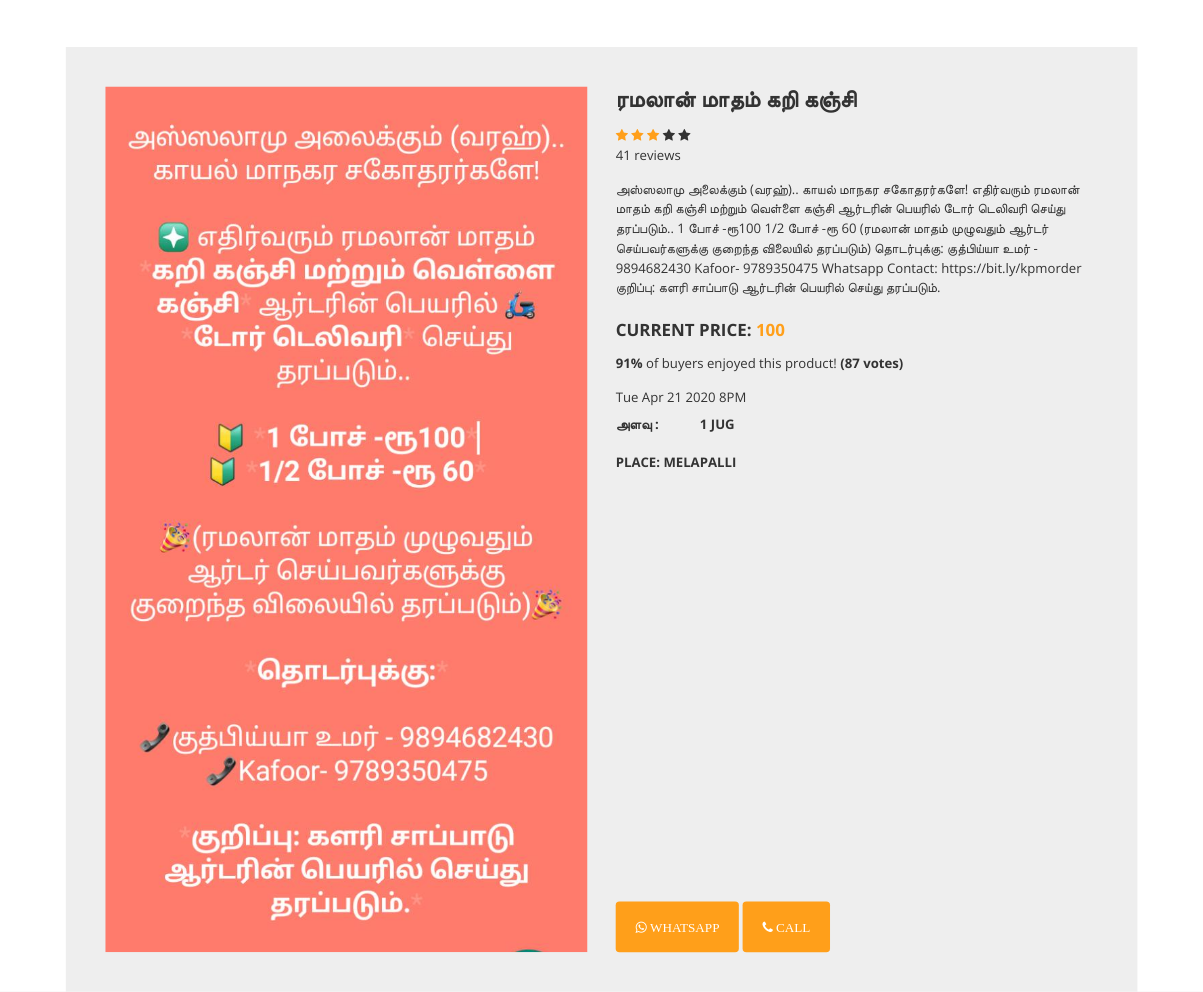
Repository: rsusolutions/RSU-Website
Page: App/files/1.html
The author's editor kept a copy of each file at every save. The page is drawn from the files as they stood at one save, then again after the next save.
The browser window is 1280 px wide. The pictures show the whole page, at 94% of full size.
Some web libraries are served in a nearby version.

Above is the page before, as saved 2020-04-21 23:17:46.
Console error (its wording comes from the project's code and is left out).

### App/files/1.html

<!------ Include the above in your HEAD tag ---------->

<!DOCTYPE html>
<html lang="en">
  <head>

    <meta name="viewport" content="width=device-width, initial-scale=1">

    <title>eCommerce Product Detail</title>
    <link href="//maxcdn.bootstrapcdn.com/bootstrap/3.3.0/css/bootstrap.min.css" rel="stylesheet" id="bootstrap-css">
<script src="//maxcdn.bootstrapcdn.com/bootstrap/3.3.0/js/bootstrap.min.js"></script>
<script src="//code.jquery.com/jquery-1.11.1.min.js"></script>
    <link href="../style.css" rel="stylesheet">
    <link href="https://maxcdn.bootstrapcdn.com/font-awesome/4.7.0/css/font-awesome.min.css" rel="stylesheet">
    <link href="https://fonts.googleapis.com/css?family=Open+Sans:400,700" rel="stylesheet">

  </head>

  <body>

	<div class="container">
		<div class="card">
			<div class="container-fliud">
				<div class="wrapper row">
					<div class="preview col-md-6">

						<div class="preview-pic tab-content">
						  <div class="tab-pane active" id="pic-1"><img src="../img/1.jpg" /></div>
						  <div class="tab-pane" id="pic-2"><img src="../img/1.jpg" /></div>
						  <div class="tab-pane" id="pic-3"><img src="../img/1.jpg" /></div>
						  <div class="tab-pane" id="pic-4"><img src="../img/1.jpg" /></div>
						  <div class="tab-pane" id="pic-5"><img src="../img/1.jpg" /></div>
						</div>


					</div>
					<div class="details col-md-6">
						<h3 class="product-title">ரமலான் மாதம் கறி கஞ்சி</h3>
						<div class="rating">
							<div class="stars">
								<span class="fa fa-star checked"></span>
								<span class="fa fa-star checked"></span>
								<span class="fa fa-star checked"></span>
								<span class="fa fa-star"></span>
								<span class="fa fa-star"></span>
							</div>
							<span class="review-no">41 reviews</span>
						</div>
						<p class="product-description">அஸ்ஸலாமு அலைக்கும் (வரஹ்).. காயல் மாநகர சகோதரர்களே!

							எதிர்வரும் ரமலான் மாதம் கறி கஞ்சி மற்றும் வெள்ளை கஞ்சி ஆர்டரின் பெயரில் டோர் டெலிவரி செய்து தரப்படும்..

							1 போச் -ரூ100
							1/2 போச் -ரூ 60

							(ரமலான் மாதம் முழுவதும் ஆர்டர் செய்பவர்களுக்கு குறைந்த விலையில் தரப்படும்)

							தொடர்புக்கு:

							குத்பிய்யா உமர் - 9894682430
							Kafoor- 9789350475

							Whatsapp Contact: https://bit.ly/kpmorder

							குறிப்பு: களரி சாப்பாடு ஆர்டரின் பெயரில் செய்து தரப்படும்.</p>
						<h4 class="price">current price: <span>100</span></h4>
						<p class="vote"><strong>91%</strong> of buyers enjoyed this product! <strong>(87 votes)</strong></p>
						Tue Apr 21 2020 8PM
						<h5 class="sizes">அளவு :
							<span class="size" data-toggle="tooltip" title="small">1 jug</span>

						</h5>
						<h5 class="colors">Place:

							<span >Melapalli</span>

						</h5>
						<div class="action">
							<a href="https://bit.ly/kpmorder">
							<button class="add-to-cart btn btn-default" type="button"><span class="fa fa-whatsapp"> Whatsapp</span> </button></a>

							<a href="tel:9789350475">
							<button class="like btn btn-default" type="button"><span class="fa fa-phone"> Call</span></button></a>
						</div>
					</div>
				</div>
			</div>
		</div>
	</div>
  </body>
</html>

### App/style.css

/*****************globals*************/
body {
    font-family: 'open sans';
    overflow-x: hidden; }

  img {
    max-width: 100%; }

  .preview {
    display: -webkit-box;
    display: -webkit-flex;
    display: -ms-flexbox;
    display: flex;
    -webkit-box-orient: vertical;
    -webkit-box-direction: normal;
    -webkit-flex-direction: column;
        -ms-flex-direction: column;
            flex-direction: column; }
    @media screen and (max-width: 996px) {
      .preview {
        margin-bottom: 20px; } }

  .preview-pic {
    -webkit-box-flex: 1;
    -webkit-flex-grow: 1;
        -ms-flex-positive: 1;
            flex-grow: 1; }

  .preview-thumbnail.nav-tabs {
    border: none;
    margin-top: 15px; }
    .preview-thumbnail.nav-tabs li {
      width: 18%;
      margin-right: 2.5%; }
      .preview-thumbnail.nav-tabs li img {
        max-width: 100%;
        display: block; }
      .preview-thumbnail.nav-tabs li a {
        padding: 0;
        margin: 0; }
      .preview-thumbnail.nav-tabs li:last-of-type {
        margin-right: 0; }

  .tab-content {
    overflow: hidden; }
    .tab-content img {
      width: 100%;
      -webkit-animation-name: opacity;
              animation-name: opacity;
      -webkit-animation-duration: .3s;
              animation-duration: .3s; }

  .card {
    margin-top: 50px;
    background: #eee;
    padding: 3em;
    line-height: 1.5em; }

  @media screen and (min-width: 997px) {
    .wrapper {
      display: -webkit-box;
      display: -webkit-flex;
      display: -ms-flexbox;
      display: flex; } }

  .details {
    display: -webkit-box;
    display: -webkit-flex;
    display: -ms-flexbox;
    display: flex;
    -webkit-box-orient: vertical;
    -webkit-box-direction: normal;
    -webkit-flex-direction: column;
        -ms-flex-direction: column;
            flex-direction: column; }

  .colors {
    -webkit-box-flex: 1;
    -webkit-flex-grow: 1;
        -ms-flex-positive: 1;
            flex-grow: 1; }

  .product-title, .price, .sizes, .colors {
    text-transform: UPPERCASE;
    font-weight: bold; }

  .checked, .price span {
    color: #ff9f1a; }

  .product-title, .rating, .product-description, .price, .vote, .sizes {
    margin-bottom: 15px; }

  .product-title {
    margin-top: 0; }

  .size {
    margin-right: 10px; }
    .size:first-of-type {
      margin-left: 40px; }

  .color {
    display: inline-block;
    vertical-align: middle;
    margin-right: 10px;
    height: 2em;
    width: 2em;
    border-radius: 2px; }
    .color:first-of-type {
      margin-left: 20px; }

  .add-to-cart, .like {
    background: #ff9f1a;
    padding: 1.2em 1.5em;
    border: none;
    text-transform: UPPERCASE;
    font-weight: bold;
    color: #fff;
    -webkit-transition: background .3s ease;
            transition: background .3s ease; }
    .add-to-cart:hover, .like:hover {
      background: #b36800;
      color: #fff; }

  .not-available {
    text-align: center;
    line-height: 2em; }
    .not-available:before {
      font-family: fontawesome;
      content: "\f00d";
      color: #fff; }

  .orange {
    background: #ff9f1a; }

  .green {
    background: #85ad00; }

  .blue {
    background: #0076ad; }

  .tooltip-inner {
    padding: 1.3em; }

  @-webkit-keyframes opacity {
    0% {
      opacity: 0;
      -webkit-transform: scale(3);
              transform: scale(3); }
    100% {
      opacity: 1;
      -webkit-transform: scale(1);
              transform: scale(1); } }

  @keyframes opacity {
    0% {
      opacity: 0;
      -webkit-transform: scale(3);
              transform: scale(3); }
    100% {
      opacity: 1;
      -webkit-transform: scale(1);
              transform: scale(1); } }

  /*# sourceMappingURL=style.css.map */

  .thumbnail {
    position: relative;
    width: 200px;
    height: 200px;
    overflow: hidden;
  }
  .thumbnail img {
    position: absolute;
    left: 50%;
    top: 50%;
    height: 100%;
    width: auto;
    -webkit-transform: translate(-50%,-50%);
        -ms-transform: translate(-50%,-50%);
            transform: translate(-50%,-50%);
  }
  .thumbnail img.portrait {
    width: 100%;
    height: auto;
  }

After the next save:
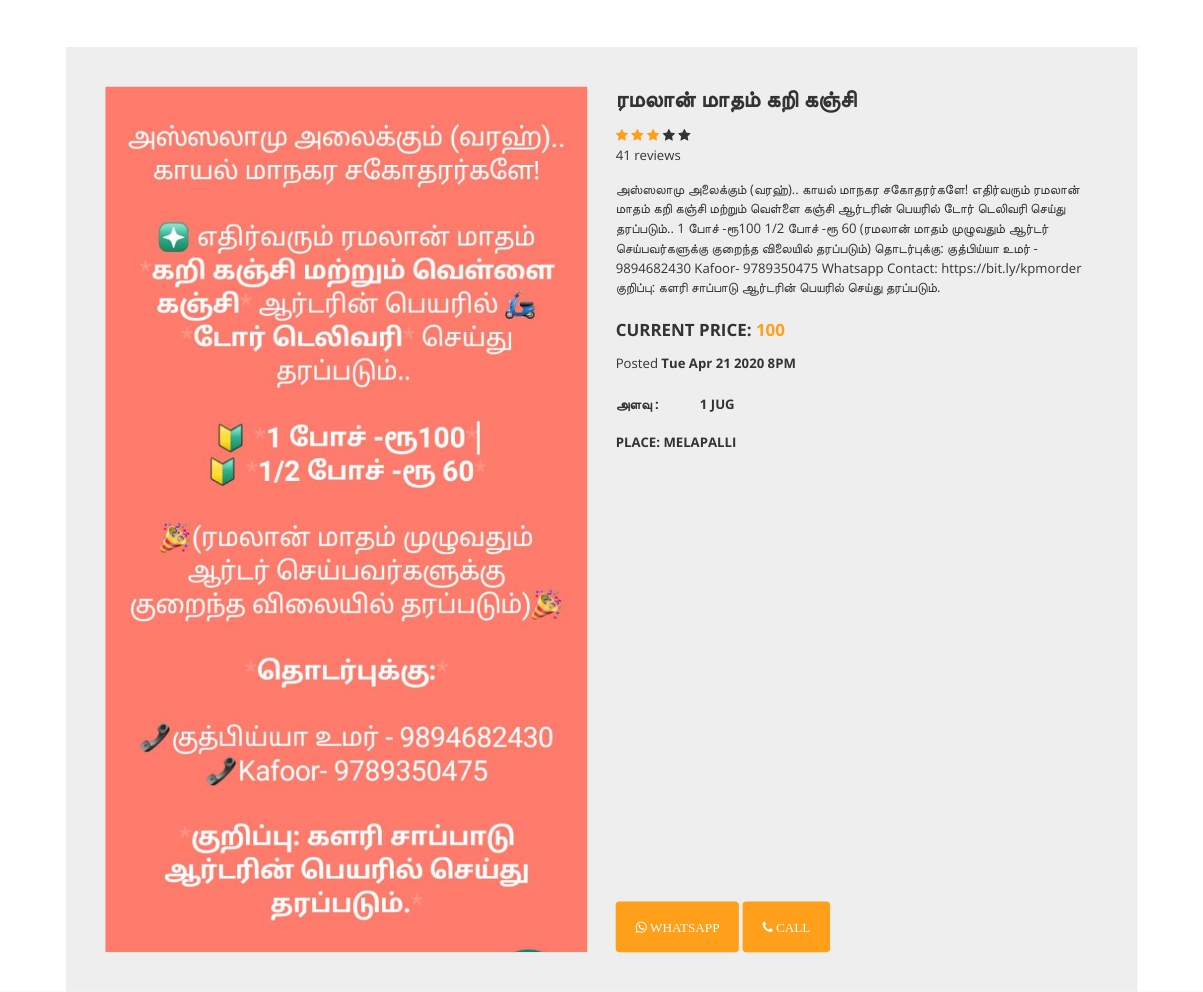
Saved 1 s later.
--- a/App/files/1.html
+++ b/App/files/1.html
@@ -65,8 +65,8 @@
 
 							குறிப்பு: களரி சாப்பாடு ஆர்டரின் பெயரில் செய்து தரப்படும்.</p>
 						<h4 class="price">current price: <span>100</span></h4>
-						<p class="vote"><strong>91%</strong> of buyers enjoyed this product! <strong>(87 votes)</strong></p>
-						Tue Apr 21 2020 8PM
+						<p class="vote">Posted <strong>Tue Apr 21 2020 8PM</strong></p>
+
 						<h5 class="sizes">அளவு :
 							<span class="size" data-toggle="tooltip" title="small">1 jug</span>
 
